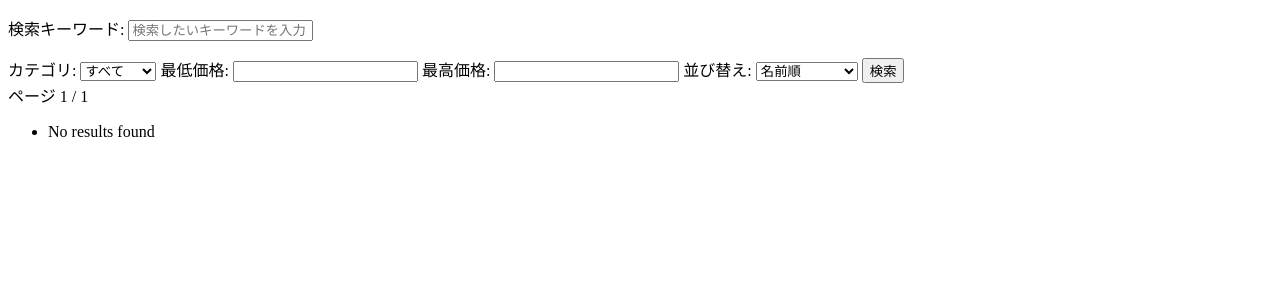
Repository: mamesuke7274/2024_kouki_kuwayamasyoutarou
Page: http://localhost/
An editor plug-in stored every save of this project. The page is shown before and after the next save, followed by the edit.
The browser window is 1280 px wide. The pictures show the whole page.
The page is served by the project's application, run on Django 4.2 (manage.py). Queries for data that is not in the repository find no rows.

Above is the page before, as saved 2024-10-19 09:44:44.

After the next save:
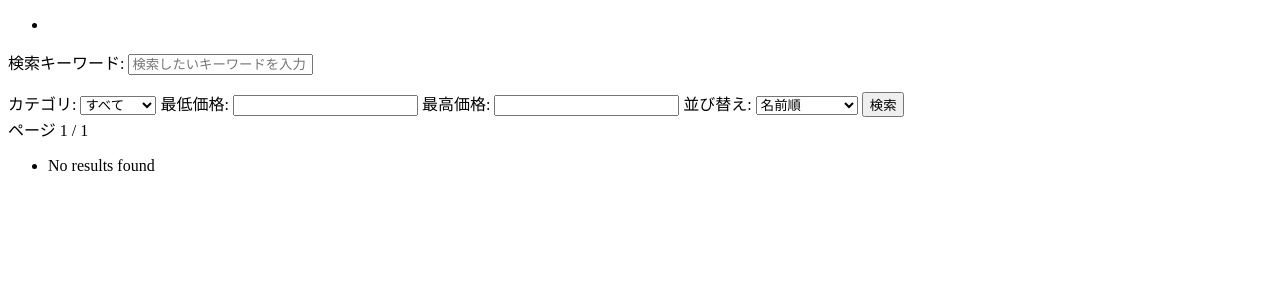
Saved 4 s later.
--- a/search_app/templates/search.html
+++ b/search_app/templates/search.html
@@ -10,7 +10,9 @@
 <body>
     <header>
         <nav>
-            <ul
+            <ul>
+                <li></li>
+            </ul>
         </nav>
     </header>
     <form method="get">
